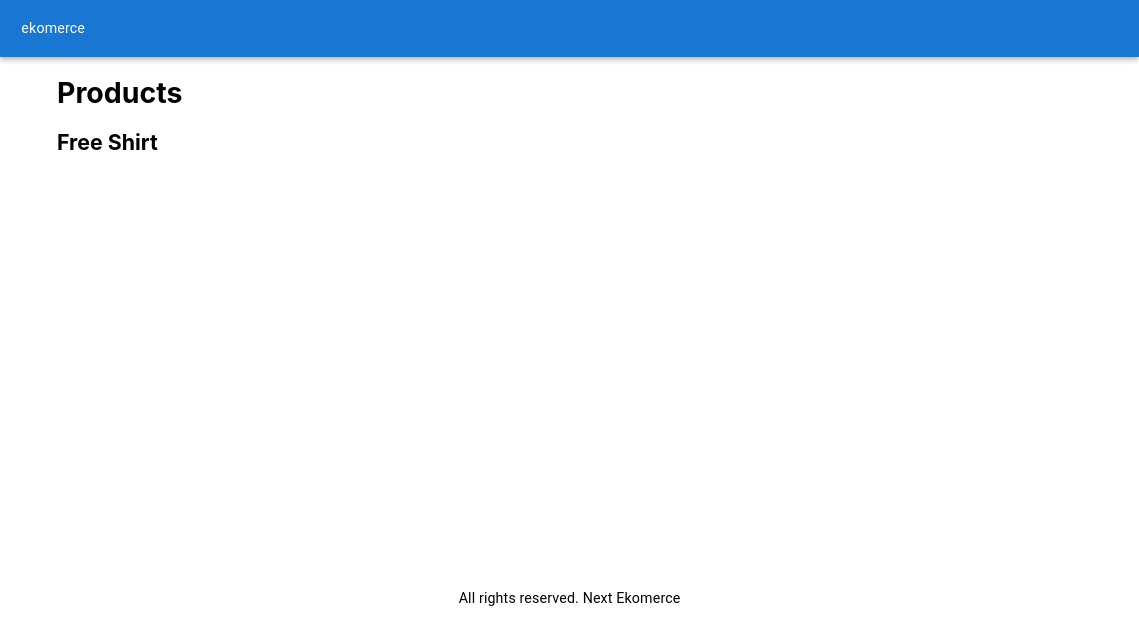
Repository: ChakmaSajib/ekomerce
Page: /
The author's editor kept a copy of each file at every save. The page is drawn from the files as they stood at one save, then again after the next save.
The browser window is 1280 px wide. The pictures show the whole page, at 89% of full size.
The project was rebuilt for these pictures with package versions that can differ from the ones it lists, and the page was loaded fresh each time. The framework's server and built-in components were replaced by stand-ins that run in the browser. Also part of the build but not shown: next.config.js, styles/Home.module.css.

Above is the page before, as saved 2022-01-02 00:14:25.

### pages/_app.js
import React, { useEffect } from "react"
import '../styles/globals.css'
function MyApp({ Component, pageProps }) {
  useEffect(() => {
    // this will call after rendering this component
    // to remove css for server side rendering
    // to fix the issue with server-side with material-ui

    const jssStyle = document.querySelector('#jss-server-side')
    if (jssStyle) {
      jssStyle.parentElement.removeChild(jssStyle)
    }
  }, [])
  return <Component {...pageProps} />
}

export default MyApp

### pages/_document.js
// We will change the way that Next basically render the pages
import { ServerStyleSheets } from '@mui/styles';
import React from "react"
import App from 'next/app';
import Document, { Html, Head, Main, NextScript } from 'next/document';
export default class MyDocument extends Document {
    render() {
        return (
            <Html lang="en">
                <Head></Head>
                {/** here, the body element does not comming from NextJS */}
                <body>
                    <Main />
                    <NextScript />
                </body>
            </Html>
        )
    }
}

// This will render before above component
MyDocument.getInitialProps = async (ctx) => {
    const sheets = new ServerStyleSheets();
    const originalRenderPage = ctx.renderPage;
    ctx.renderPage = () => {
        return originalRenderPage({
            enhanceApp: (App) => (props) => sheets.collect(<App {...props} />),
        });
    };

    const initialProps = await Document.getInitialProps(ctx)
    return {
        ...initialProps,
        styles: [
            ...React.Children.toArray(initialProps.styles), sheets.getStyleElement()
        ]
    }
}

### pages/index.js
import Head from 'next/head'
import Image from 'next/image'
import Layout from '../components/Layout'
import styles from '../styles/Home.module.css'
import { Card, CardActionArea, CardContent, CardMedia, CardActions, Grid, Typography, Button } from '@mui/material'
import data from "../utils/data"

export default function Home() {
  return (
    <Layout>
      <div>
        <h1>Products</h1>
        <h2>{data.products[0].name}</h2>
        {/** Parent Grid */}
        <Grid container spacing={3}>
          {data.products.map((product) => {
            <Grid item key={product.name} md={4}>
              <Card>
                <CardActionArea>
                  <CardMedia component="img" image={product.image} title={product.name}>
                  </CardMedia>
                  <CardContent >
                    <Typography>
                      {product.name}
                    </Typography>
                  </CardContent>
                </CardActionArea>
                <CardActions>
                  <Typography>${product.price}</Typography>
                  <Button size="small" color="primary"> Add to cart</Button>
                </CardActions>
              </Card>
            </Grid>
          })}
        </Grid>
      </div>
    </Layout>

  )
}

### components/Layout.js
import React from 'react';
import Head from 'next/head';
import { AppBar, Toolbar, Typography, Container } from '@mui/material';
import useStyles from '../utils/styles';

export default function Layout({ children }) {
    const classes = useStyles()

    return (
        <div>
            <Head>
                <title>Ekomerce</title>
            </Head>

            {/** App bar */}
            <AppBar position="static" className={classes.navbar}>
                <Toolbar>
                    <Typography>
                        ekomerce
                    </Typography>
                </Toolbar>
            </AppBar>

            {/** Main Container */}
            <Container className={classes.main}>
                {children}
            </Container>

            {/** Footer */}

            <footer className={classes.footer}>
                <Typography> All rights reserved. Next Ekomerce </Typography>
            </footer>
        </div>
    )
}

### utils/data.js
const data = {
    products: [
        {
            name: 'Free Shirt',
            category: 'Shirts',
            image: '/images/shirt1.jpg',
            price: 70,
            brand: 'Nike',
            rating: 4.5,
            numReviews: 10,
            countInStock: 20,
            description: 'A popular shirt',
        },
        {
            name: 'Fit Shirt',
            category: 'Shirts',
            image: '/images/shirt2.jpg',
            price: 80,
            brand: 'Adidas',
            rating: 4.2,
            numReviews: 10,
            countInStock: 20,
            description: 'A popular shirt',
        },
        {
            name: 'Slim Shirt',
            category: 'Shirts',
            image: '/images/shirt3.jpg',
            price: 90,
            brand: 'Raymond',
            rating: 4.5,
            numReviews: 10,
            countInStock: 20,
            description: 'A popular shirt',
        },
        {
            name: 'Golf Pants',
            category: 'Pants',
            image: '/images/pants1.jpg',
            price: 90,
            brand: 'Oliver',
            rating: 4.5,
            numReviews: 10,
            countInStock: 20,
            description: 'Smart looking pants',
        },
        {
            name: 'Fit Pants',
            category: 'Pants',
            image: '/images/pants2.jpg',
            price: 95,
            brand: 'Zara',
            rating: 4.5,
            numReviews: 10,
            countInStock: 20,
            description: 'A popular pants',
        },
        {
            name: 'Classic Pants',
            category: 'Pants',
            image: '/images/pants3.jpg',
            price: 75,
            brand: 'Casely',
            rating: 4.5,
            numReviews: 10,
            countInStock: 20,
            description: 'A popular pants',
        },
    ],
};
export default data;

### utils/styles.js
import { makeStyles } from '@mui/styles';

const useStyles = makeStyles({
    navbar: {
        backgroundColor: '#203040',
        '& a': {
            color: "#fff",
            marginLeft: 10,
        }

    },
    main: {
        minHeight: '80vh',
    },

    footer: {
        textAlign: 'center'
    }
})

export default useStyles;

Loaded but not shown: styles/globals.css (common file)

After the next save:
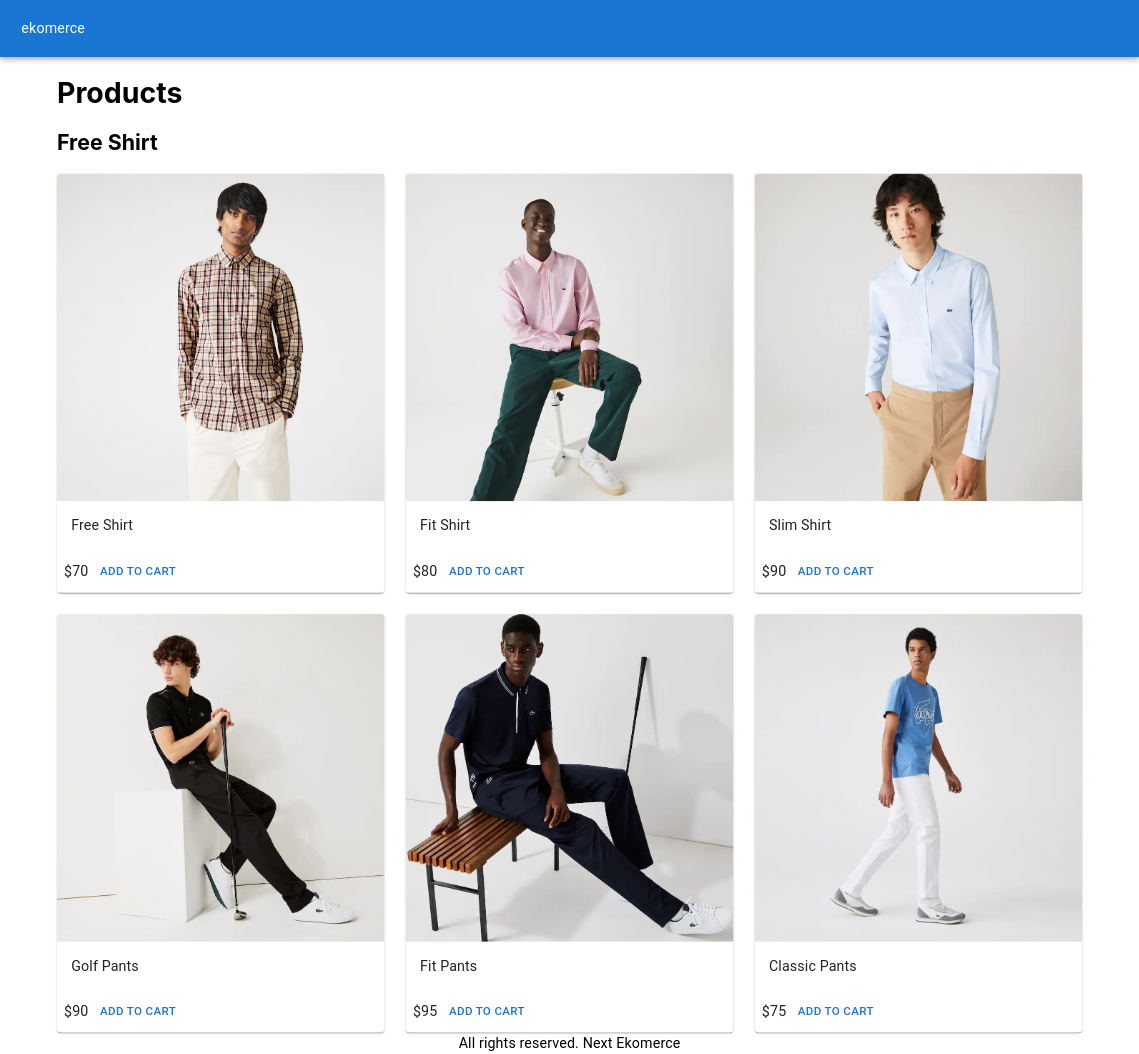
Saved 68 s later.
--- a/pages/index.js
+++ b/pages/index.js
@@ -13,25 +13,28 @@
         <h2>{data.products[0].name}</h2>
         {/** Parent Grid */}
         <Grid container spacing={3}>
-          {data.products.map((product) => {
-            <Grid item key={product.name} md={4}>
+          {data.products.map((product) => (
+            <Grid item md={4} key={product.name}>
               <Card>
                 <CardActionArea>
-                  <CardMedia component="img" image={product.image} title={product.name}>
-                  </CardMedia>
-                  <CardContent >
-                    <Typography>
-                      {product.name}
-                    </Typography>
+                  <CardMedia
+                    component="img"
+                    image={product.image}
+                    title={product.name}
+                  ></CardMedia>
+                  <CardContent>
+                    <Typography>{product.name}</Typography>
                   </CardContent>
                 </CardActionArea>
                 <CardActions>
                   <Typography>${product.price}</Typography>
-                  <Button size="small" color="primary"> Add to cart</Button>
+                  <Button size="small" color="primary">
+                    Add to cart
+                  </Button>
                 </CardActions>
               </Card>
             </Grid>
-          })}
+          ))}
         </Grid>
       </div>
     </Layout>

After the save that followed:
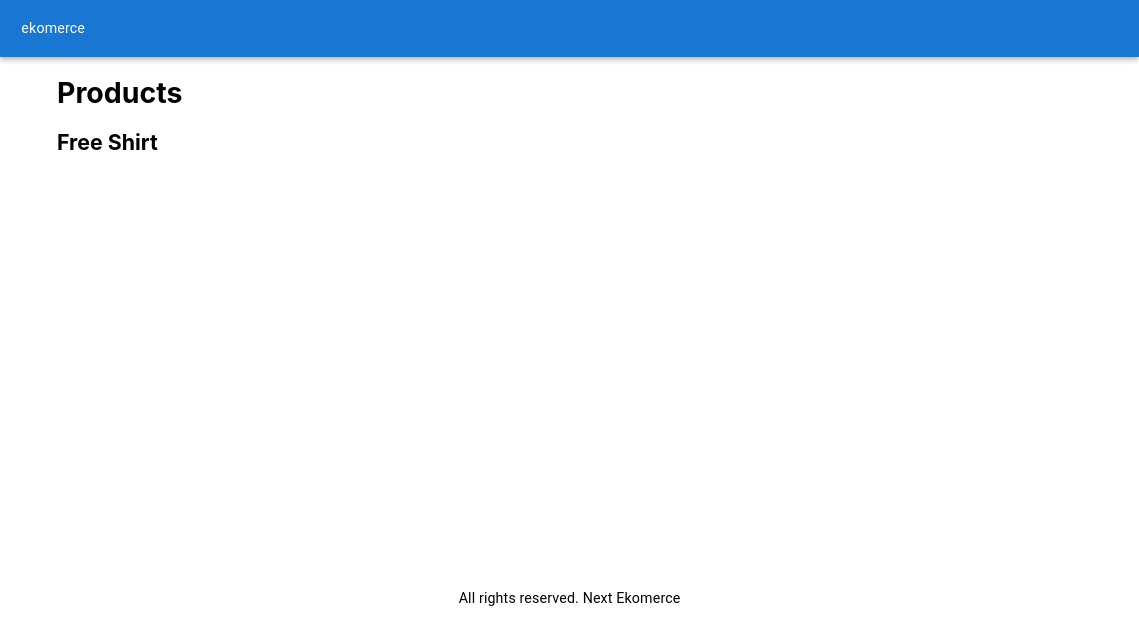
Saved 20 s later.
--- a/pages/index.js
+++ b/pages/index.js
@@ -13,28 +13,25 @@
         <h2>{data.products[0].name}</h2>
         {/** Parent Grid */}
         <Grid container spacing={3}>
-          {data.products.map((product) => (
-            <Grid item md={4} key={product.name}>
+          {data.products.map((product) => {
+            <Grid item key={product.name} md={4}>
               <Card>
                 <CardActionArea>
-                  <CardMedia
-                    component="img"
-                    image={product.image}
-                    title={product.name}
-                  ></CardMedia>
-                  <CardContent>
-                    <Typography>{product.name}</Typography>
+                  <CardMedia component="img" image={product.image} title={product.name}>
+                  </CardMedia>
+                  <CardContent >
+                    <Typography>
+                      {product.name}
+                    </Typography>
                   </CardContent>
                 </CardActionArea>
                 <CardActions>
                   <Typography>${product.price}</Typography>
-                  <Button size="small" color="primary">
-                    Add to cart
-                  </Button>
+                  <Button size="small" color="primary"> Add to cart</Button>
                 </CardActions>
               </Card>
             </Grid>
-          ))}
+          })}
         </Grid>
       </div>
     </Layout>
